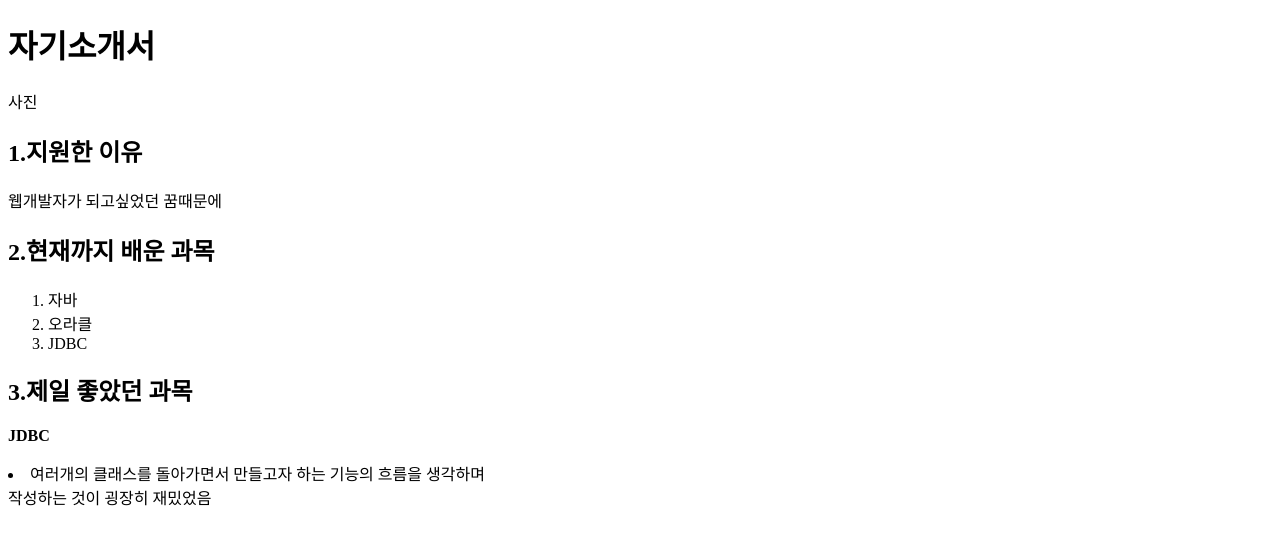
Repository: DongHyenYoo/DongHyen
Page: JdbcStudy/HTMLTEST/WebContent/SelfIntro.html
The author's editor kept a copy of each file at every save. The page is drawn from the files as they stood at one save, then again after the next save.
The browser window is 1280 px wide. The pictures show the whole page.

Above is the page before, as saved 2022-09-23 07:21:34.

After the next save:
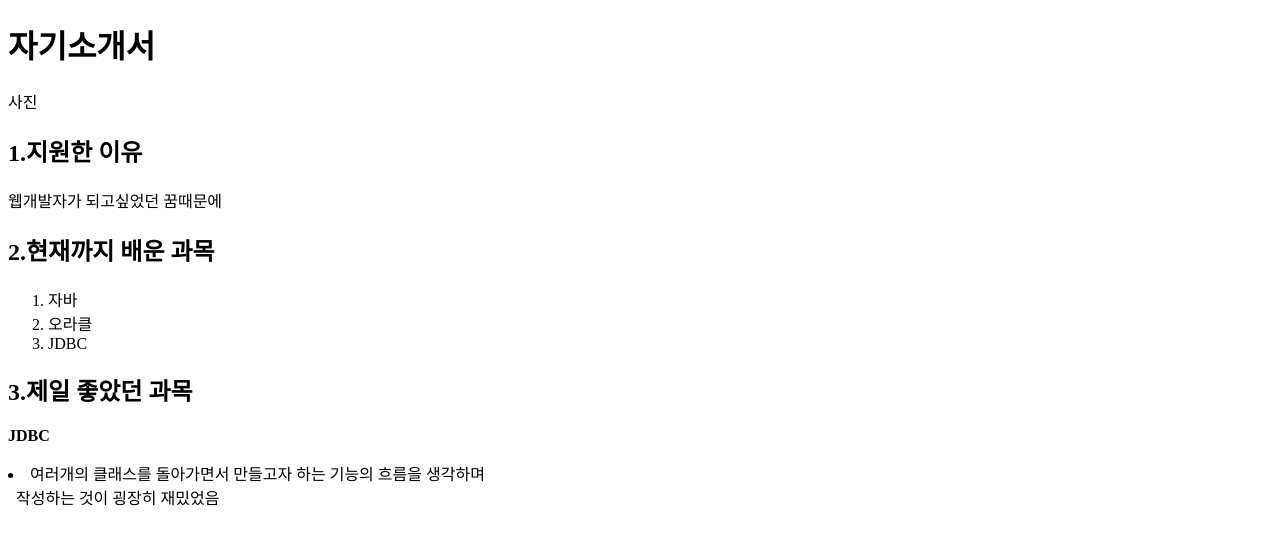
Saved 83 s later.
--- a/JdbcStudy/HTMLTEST/WebContent/SelfIntro.html
+++ b/JdbcStudy/HTMLTEST/WebContent/SelfIntro.html
@@ -30,7 +30,7 @@
 <p>
 <strong>JDBC</strong>
 <li>여러개의 클래스를 돌아가면서 만들고자 하는 기능의 흐름을 생각하며<br>
-     작성하는 것이 굉장히 재밌었음</li>
+&nbsp;&nbsp;작성하는 것이 굉장히 재밌었음</li>
 </p>
 
 
